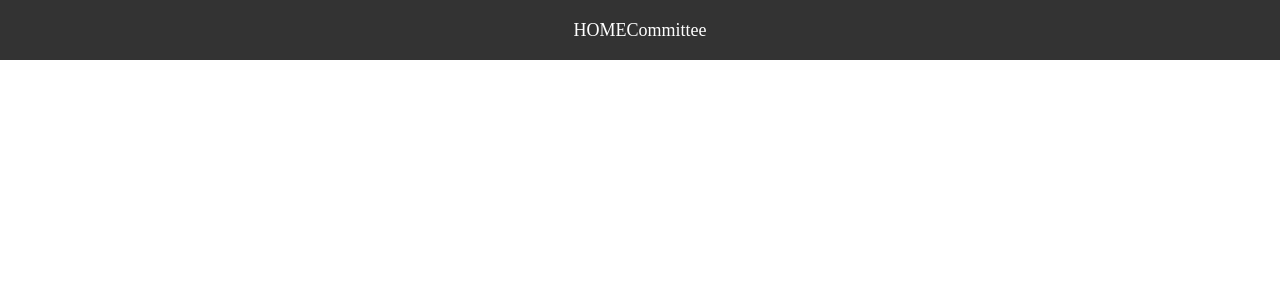
Repository: sunfeinb/huiyi
Page: /
An editor plug-in stored every save of this project. The page is shown before and after the next save, followed by the edit.
The browser window is 1280 px wide. The pictures show the whole page.
The project was rebuilt for these pictures with package versions that can differ from the ones it lists, and the page was loaded fresh each time.

Above is the page before, as saved 2021-11-02 16:06:41.

### src/App.vue
<template>
  <div id="app">
    <router-view/>
  </div>
</template>

<style lang="scss">
*{
  margin: 0px;
  padding: 0px;
}
</style>

### src/router/index.js
import Vue from 'vue'
import VueRouter from 'vue-router'
import Home from '../views/Home.vue'

Vue.use(VueRouter)

const routes = [
  {
    path: '/',
    name: 'Home',
    component: Home,
    meta: { title: '首页' }
  },

  {
    path: '/About',
    name: 'About',
    component: () => import("../views/About"),
    meta: { title: "关于" }
  }
]

const router = new VueRouter({
  mode: 'history',
  base: process.env.BASE_URL,
  routes
})
router.beforeEach((to, form,next, ) => {
    document.title = to.meta.title
  next()
})
export default router

### src/views/Home.vue
<template>
  <div>
    <el-container>
  <el-header style="  background-color: #333;">
    <div class="box">
      <span>HOME</span>
      <span>Committee</span>
    </div>
  </el-header>
  <el-main>
    <!-- 轮播图 -->

  </el-main>
</el-container>
  </div>
</template>

<script>
export default {
  props:{},
  data () {
    return {
      name:''
    }
  },
  components: {},
  methods: {},
  mounted() {},
  computed: {},
  watch: {}
}
</script>

<style lang='scss' scoped>
.box{
  display: flex;
  justify-content: center;
  align-items: center;
  height: 100%;
  font-size: 18px;
  color: white;
}
</style>

Loaded but not shown: public/index.html (common file); src/main.js (common file); src/store/index.js (common file)

After the next save:
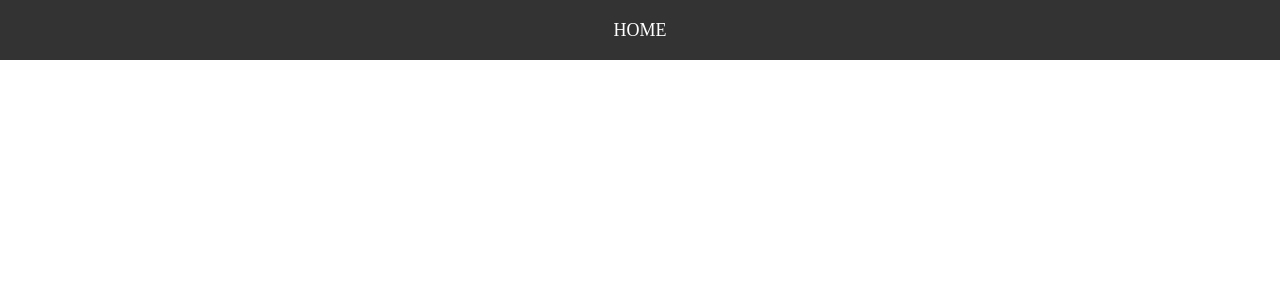
Saved 21 s later.
--- a/src/views/Home.vue
+++ b/src/views/Home.vue
@@ -3,8 +3,9 @@
     <el-container>
   <el-header style="  background-color: #333;">
     <div class="box">
-      <span>HOME</span>
-      <span>Committee</span>
+      <div class="homeing">
+        HOME
+      </div>
     </div>
   </el-header>
   <el-main>

After the save that followed:
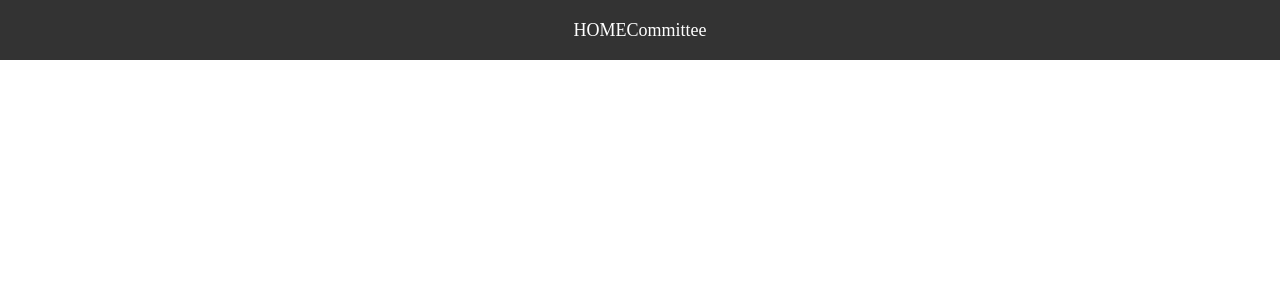
Saved 28 s later.
--- a/src/views/Home.vue
+++ b/src/views/Home.vue
@@ -5,6 +5,9 @@
     <div class="box">
       <div class="homeing">
         HOME
+      </div>
+      <div class="commit">
+        Committee
       </div>
     </div>
   </el-header>
